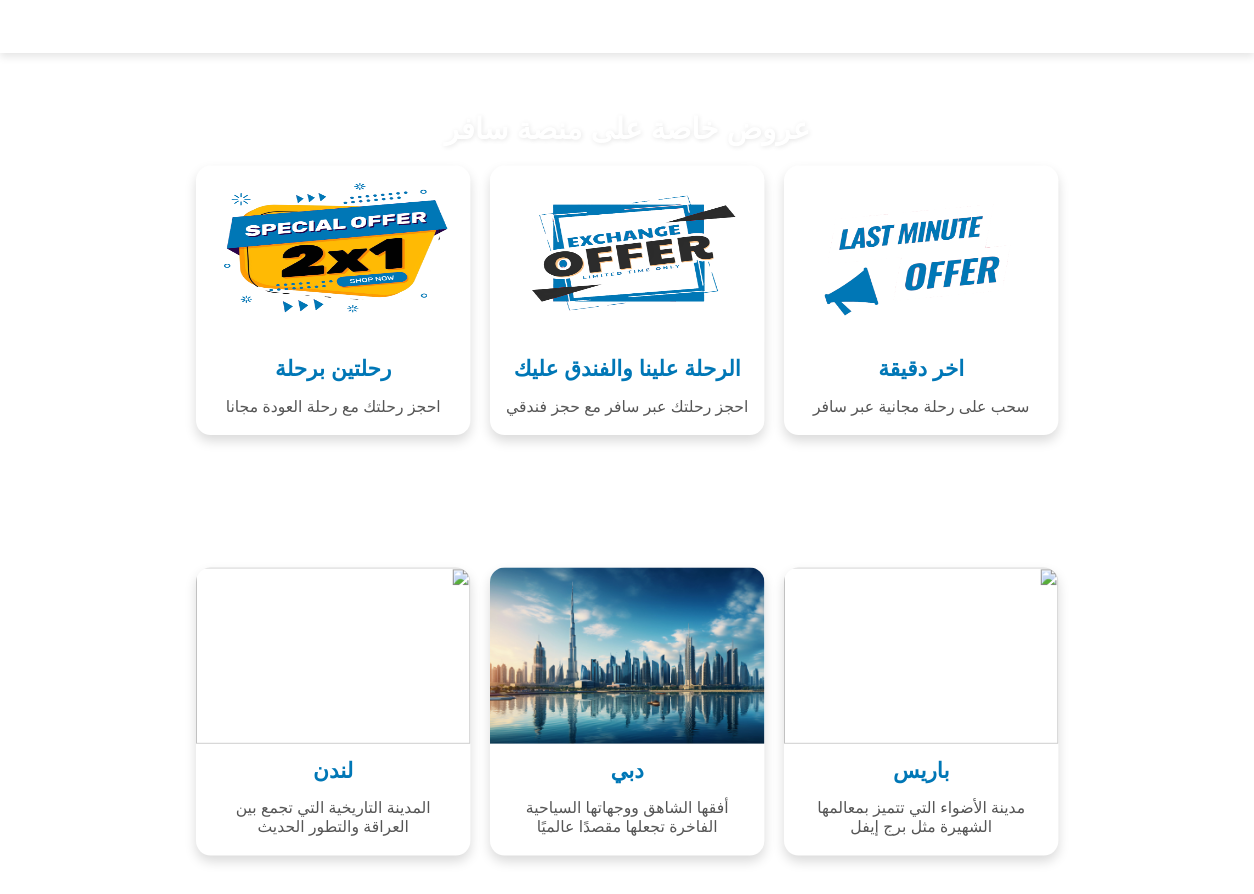
Repository: Yassin-Boushi/Safer
Page: http://localhost/main
An editor plug-in stored every save of this project. The page is shown before and after the next save, followed by the edit.
The browser window is 1280 px wide. The pictures show the whole page, at 98% of full size.
The page is served by the project's Laravel application, run on PHP 8.4 with Laravel 9. Other server files are loaded and not shown.

Above is the page before, as saved 2025-01-30 16:29:29.

### routes/web.php
<?php

use App\Http\Controllers\AccountController;
use App\Http\Controllers\FlightController;
use App\Http\Controllers\TicketController;
use Illuminate\Support\Facades\Route;

/*
|--------------------------------------------------------------------------
| Web Routes
|--------------------------------------------------------------------------
|
| Here is where you can register web routes for your application. These
| routes are loaded by the RouteServiceProvider within a group which
| contains the "web" middleware group. Now create something great!
|
*/

Route::get('/', function () {
    return redirect('flights');
});

Route::view('login', 'login');
Route::view('add_flight', 'flight.add');
Route::view('main', 'main');
Route::view('we', 'we');

////////////////////////// account
Route::post('account/login', [AccountController::class, 'login']);
Route::get('account/logout', [AccountController::class, 'logout']);

////////////////////////////// flight
Route::resource('flights', FlightController::class);
Route::get('flight/edit/{id}', [FlightController::class, 'edit']);
Route::post('flight/update/{id}', [FlightController::class, 'update']);
Route::get('flight/destroy/{id}', [FlightController::class, 'destroy']);


////////////////////////////// ticket
Route::resource('tickets', TicketController::class);
Route::post('ticket/add/{flight_id}', [TicketController::class, 'store']);
Route::get('ticket/edit/{id}', [TicketController::class, 'edit']);
// Route::get('ticket/update/{id}', [TicketController::class, 'update']);
Route::get('ticket/destroy/{id}', [TicketController::class, 'destroy']);

### resources/views/main.blade.php
<x-nav/>
<link rel="stylesheet" href="/css/main.css">
    <main>
        <section class="offers">
            <h2>عروض خاصة على منصة سافر</h2>
            <div class="offer-cards">
                <div class="offer-card" onclick="showOfferDetails('offer1')">
                    <img src="image/offer1.png" alt="عرض 1">
                    <h3>اخر دقيقة</h3>
                    <p>سحب على رحلة مجانية عبر سافر</p>
                    <!-- <a href="javascript:void(0)">اكتشف الآن</a> -->
                </div>
                <div class="offer-card" onclick="showOfferDetails('offer2')">
                    <img src="image/offer2.png" alt="عرض 2">
                    <h3>الرحلة علينا والفندق عليك</h3>
                    <p>احجز رحلتك عبر سافر مع حجز فندقي</p>
                    <!-- <a href="javascript:void(0)">اكتشف الآن</a> -->
                </div>
                <div class="offer-card" onclick="showOfferDetails('offer3')">
                    <img src="image/offer3.png" alt="عرض 3">
                    <h3>رحلتين برحلة</h3>
                    <p>احجز رحلتك مع رحلة العودة مجانا</p>
                    <!-- <a href="javascript:void(0)">اكتشف الآن</a> -->
                </div>
            </div>
        </section>


        <section class="cities">
            <h2>لمحات عن مدن مشهورة</h2>
            <div class="city-cards">
                <div class="city-card" onclick="showCityDetails('paris')">
                    <img src="image/paris.webp" alt="مدينة 1">
                    <h3>باريس</h3>
                    <p>مدينة الأضواء التي تتميز بمعالمها الشهيرة مثل برج إيفل</p>
                </div>
                <div class="city-card" onclick="showCityDetails('dubai')">
                    <img src="image/dubai.jpg" alt="مدينة 2">
                    <h3>دبي</h3>
                    <p>أفقها الشاهق ووجهاتها السياحية الفاخرة تجعلها مقصدًا عالميًا</p>
                </div>
                <div class="city-card" onclick="showCityDetails('london')">
                    <img src="image/london.jpg" alt="مدينة 3">
                    <h3>لندن</h3>
                    <p>المدينة التاريخية التي تجمع بين العراقة والتطور الحديث</p>
                </div>
            </div>
        </section>
    </main>


    <footer>
        <p>© 2024 شركة خيال - جميع الحقوق محفوظة</p>
    </footer>


    <div id="offerPopup" class="popup hidden">
        <div class="popup-content">
            <h3>تفاصيل العرض</h3>
            <p id="offerDescription"></p>
            <button onclick="hidePopup()">إغلاق</button>
            <button onclick="bookOffer()">احصل على العرض</button>
        </div>
    </div>


    <div id="cityPopup" class="popup hidden">
        <div class="popup-content">
            <h3 id="cityName"></h3>
            <p id="cityDescription"></p>
            <button onclick="hidePopup()">إغلاق</button>
            <button onclick="bookCity()">حجز الرحلة</button>
        </div>
    </div>


    <div id="paymentPopup" class="popup hidden">
        <div class="popup-content">
            <h3>إتمام عملية الدفع</h3>
            <p>يرجى إدخال معلومات الدفع لإتمام الحجز.</p>
            <form id="paymentForm">
                <input type="text" placeholder="رقم البطاقة" required>
                <input type="text" placeholder="تاريخ انتهاء الصلاحية (MM/YY)" required>
                <input type="text" placeholder="CVV" required>
                <button type="button" onclick="processPayment()">ادفع الآن</button>
            </form>
            <button onclick="hidePopup()">إلغاء</button>
        </div>
    </div>
</body>
</html>

### resources/views/components/nav.blade.php
<link rel="stylesheet" href="/css/flight.css">

            <nav class="navbar">
                    <ul >
                        <div class="titles">
                            <li><a href="/main">الرئيسية</a></li>
                            <li><a href="/flights">الرحلات</a></li>
                            @if (auth()->user() != null && auth()->user()->is_employee == 1)
                            <li><a href="/add_flight">اضافة رحلة</a></li>
                            @endif
                            <li><a href="/tickets">الحجوزات</a></li>
                            <li><a href="/we">من نحن</a></li>

                        </div>
                        @if (auth()->user() != null)
                        <div class="account">
                            <h4>{{auth()->user()->user_name}}</h4>
                            <li><a href="/account/logout" style="color:white ;font-size:20px">تسجيل الخروج</a></li>

                        </div>
                        @else
                        <li><a href="login" style="color:white ;font-size:20px">تسجيل الدخول</a></li>
                        @endif
                    </ul>

                </nav>

### public/css/flight.css

* {
    direction: rtl;
    margin: 0;
    padding: 0;
    box-sizing: border-box;
}

body {
    font-family: 'Cairo', sans-serif;
    display: flex;
    flex-direction: column;
    min-height: 100vh;
    margin: 0;
    background-image: url("/image/back.jpg");
    background-size: cover;
    color: #fff;
    text-align: center;
}

/* الشريط العلوي */
.navbar {
    backdrop-filter: blur(80px);
    padding: 15px 0;
    box-shadow: 0 4px 8px rgba(0, 0, 0, 0.1);
}

.navbar ul {
    list-style: none;
    margin: 0;
    padding: 0 30px;
    display: flex;
    justify-content: space-between;
    gap: 20px;


}
.navbar ul .titles , .navbar ul .account{
    display: flex;
    align-items: center;
    justify-content: start;
    gap: 20px;
}
.navbar ul .account{
    justify-content: end;
}

.navbar a {
    text-decoration: none;
    color: #fff;
    font-weight: bold;
    padding: 10px 20px;
    border-radius: 20px;
    transition: all 0.3s ease-in-out;
}

.navbar a:hover {
    background: rgba(255, 255, 255, 0.2);
    box-shadow: 0 5px 15px rgba(0, 0, 0, 0.2);
    transform: scale(1.1);
}

main {
    flex: 1;
    padding: 20px;
    display: flex;
    flex-direction: column;
    align-items: center;
    gap: 20px;
}

.flights-list {
    display: flex;
    justify-content: center;
    align-items: center;
    gap: 20px;
    width: calc(100vw - 80px);
    padding: 20px;
    margin: 20px;
    background-color: rgba(0, 0, 0, 0.2);
}

.flight {
    background-color: #0077b6;
    color: #fff;
    border-radius: 15px;
    padding: 15px;
    box-shadow: 0 4px 12px rgba(0, 0, 0, 0.2);
    cursor: pointer;
    transition: transform 0.3s, box-shadow 0.3s;
    text-align: center;
}

.flight h3 {
    font-size: 20px;
    margin-bottom: 10px;
}

.flight p {
    font-size: 16px;
}

.flight:hover {
    transform: scale(1.1);
}





.content {
    display: flex;
    flex-direction: column;
    gap: 10px;
    background-color: #fff;
    color: #333;
    padding: 20px;
    border-radius: 15px;
    text-align: center;
    max-width: 300px;
}

.content .details{
    display: flex !important;
    align-items: center;
    justify-content: start;
    gap:30px;
}
.content .details .price{
    color: #0077b6;
    font-weight: bold;
}
.content .details div:first-child{
    min-width: 100px;
}


.form-add{
    background-color: white;
    color: #333;
    display: flex;
    flex-direction: column;
    justify-content: center;
    min-height: 300px;
    padding: 30px;
    border-radius: 40px ;
    gap: 20px;
    width: fit-content;
}
.form-add div{
    display: flex;
    justify-content: start;
    align-items: center;
    gap: 20px;
}
.form-add label{
    min-width: 100px;
}
.form-add input{
    height: 40px;
    border-radius: 30px;
    padding: 0 10px;
    width: 100%;
}
.actions-button{
    height: 50px;
    display: flex;
    justify-content: center;
    align-items: center;
    gap: 10px;
    width: 100%;
}
.button {
    margin-top: 10px;
    padding: 12px 20px;
    background: #0077b6;
    color: #fff;
    text-decoration: none;
    border: none;
    border-radius: 25px;
    cursor: pointer;
    font-size: 16px;
    transition: all 0.3s ease-in-out;
}

.button.edit{
    background-color: rgb(225, 100, 22);
}
.button.delete{
    background-color: rgb(225, 22, 22);
}

button:hover {
    background: #005f8d;
    transform: scale(1.05);
}

### public/css/main.css

*{
    direction: rtl;
}


main {
    padding: 20px;
    display: flex;
    flex-direction: column;
    align-items: center;
}


.offers {
    margin-top: 40px;
    width: 100%;
}

.offers h2 {
    font-size: 30px;
    color: rgb(255, 255, 255);
    margin-bottom: 20px;
    text-transform: uppercase;
    text-shadow: 1px 1px 5px rgba(0, 0, 0, 0.1);
}

.offer-cards {
    display: flex;
    justify-content: center;
    gap: 20px;
    flex-wrap: wrap;
    margin: 0 10px;
}

.offer-card {
    background-color: #fff;
    border-radius: 15px;
    box-shadow: 0 6px 12px rgba(0, 0, 0, 0.15);
    width: 280px;
    cursor: pointer;
    transition: transform 0.3s ease, box-shadow 0.3s ease;
}

.offer-card img {
    width: 100%;
    height: 180px;
    border-radius: 15px 15px 0 0;
    background-size: auto;
}

.offer-card h3 {
    font-size: 22px;
    color: #0077b6;
    margin: 15px 0;
}

.offer-card p {
    font-size: 16px;
    color: #555;
    padding: 0 15px;
    margin-bottom: 20px;
}

.offer-card a {
    display: inline-block;
    margin-bottom: 5px;
    padding: 10px 18px;
    background-color: #0077b6;
    color: #fff;
    text-decoration: none;
    border-radius: 25px;
    transition: background-color 0.3s ease;
}

.offer-card a:hover {
    background-color: #005f8d;
}


.cities {
    margin-top: 60px;
    width: 100%;
}

.cities h2 {
    font-size: 30px;
    color: rgb(255, 255, 255);
    margin-bottom: 20px;
}

.city-cards {
    display: flex;
    justify-content: center;
    gap: 20px;
    flex-wrap: wrap;
}

.city-card {
    background-color: #fff;
    border-radius: 15px;
    box-shadow: 0 6px 12px rgba(0, 0, 0, 0.15);
    width: 280px;
    cursor: pointer;
    transition: transform 0.3s ease, box-shadow 0.3s ease;
}

.city-card img {
    width: 100%;
    height: 180px;
    object-fit: cover;
    border-radius: 15px 15px 0 0;
}

.city-card h3 {
    font-size: 22px;
    color: #0077b6;
    margin: 15px 0;
}

.city-card p {
    font-size: 16px;
    color: #555;
    padding: 0 15px;
    margin-bottom: 20px;
}

.popup {
    position: fixed;
    top: 0;
    left: 0;
    width: 100%;
    height: 100%;
    background-color: rgba(0, 0, 0, 0.5);
    display: flex;
    justify-content: center;
    align-items: center;
    z-index: 1000;
    opacity: 0;
    visibility: hidden;
    transition: opacity 0.3s ease;
}

.popup.show {
    opacity: 1;
    visibility: visible;
}

.popup-content {
    background-color: #fff;
    padding: 20px;
    border-radius: 8px;
    width: 350px;
    text-align: center;
    box-shadow: 0 4px 8px rgba(0, 0, 0, 0.1);
}

.popup h3 {
    color: #0077b6;
    margin-bottom: 15px;
}

.popup p {
    color: #555;
    font-size: 16px;
    margin-bottom: 25px;
}

.popup button {
    padding: 10px 20px;
    background-color: #0077b6;
    color: #fff;
    border: none;
    border-radius: 25px;
    cursor: pointer;
    transition: background-color 0.3s ease;
}

.popup button:hover {
    background-color: #005f8d;
}


#paymentPopup input {
    display: block;
    margin: 10px auto;
    padding: 10px;
    width: 80%;
    border: 1px solid #ccc;
    border-radius: 25px;
    font-size: 16px;
}

#paymentPopup button {
    padding: 10px 20px;
    margin-top: 10px;
    background-color: #0077b6;
    color: #fff;
    border: none;
    border-radius: 5px;
    font-size: 16px;
    cursor: pointer;
    transition: background-color 0.3s ease;
}

#paymentPopup button:hover {
    background-color: #005f8d;
}

After the next save:
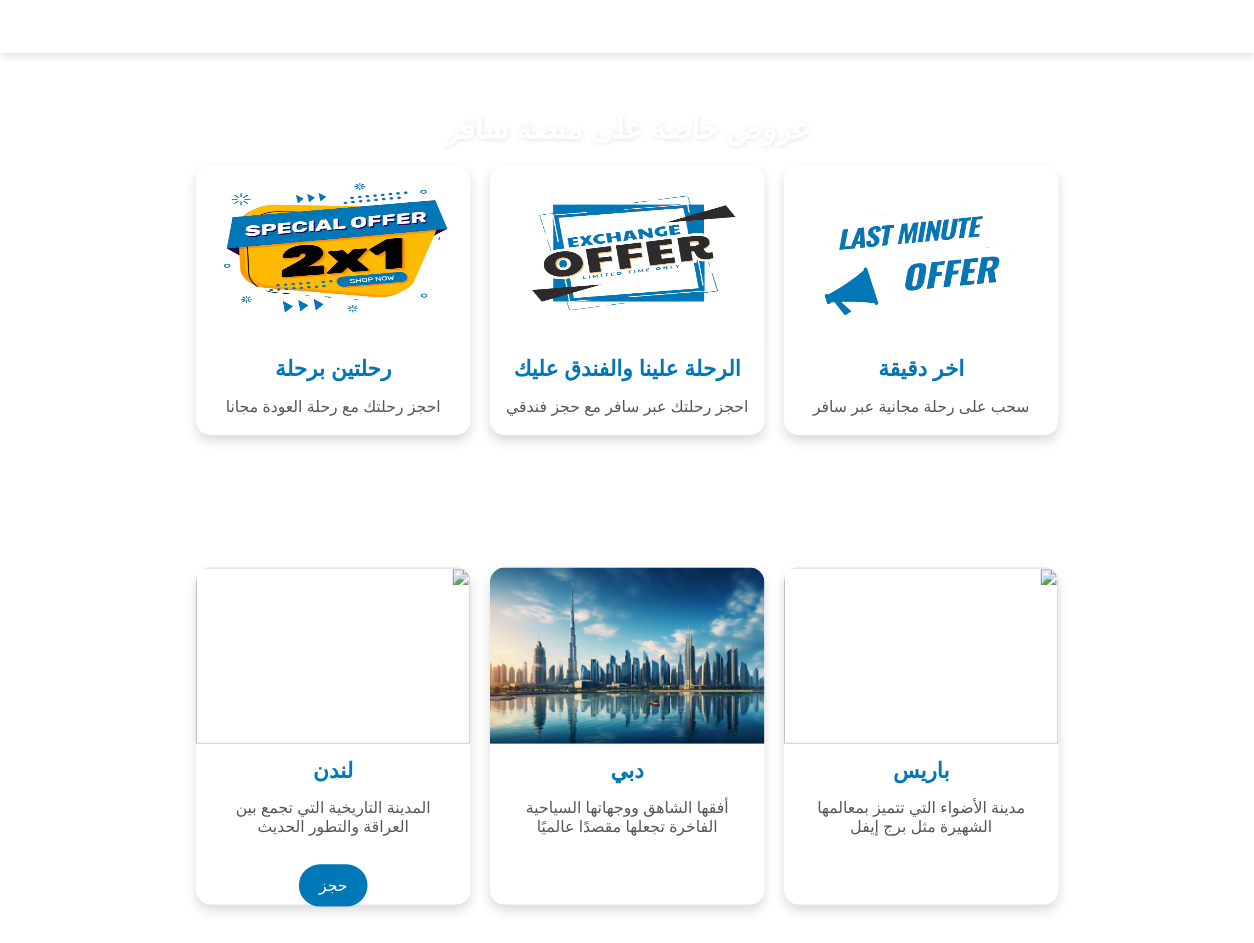
Saved 102 s later.
--- a/resources/views/main.blade.php
+++ b/resources/views/main.blade.php
@@ -43,6 +43,11 @@
                     <img src="image/london.jpg" alt="مدينة 3">
                     <h3>لندن</h3>
                     <p>المدينة التاريخية التي تجمع بين العراقة والتطور الحديث</p>
+                    <div class="actions-button">
+                                <a href="ticket/edit/{{ 1 }}"
+                                class="button  ">
+                                حجز</a>
+                    </div>
                 </div>
             </div>
         </section>
